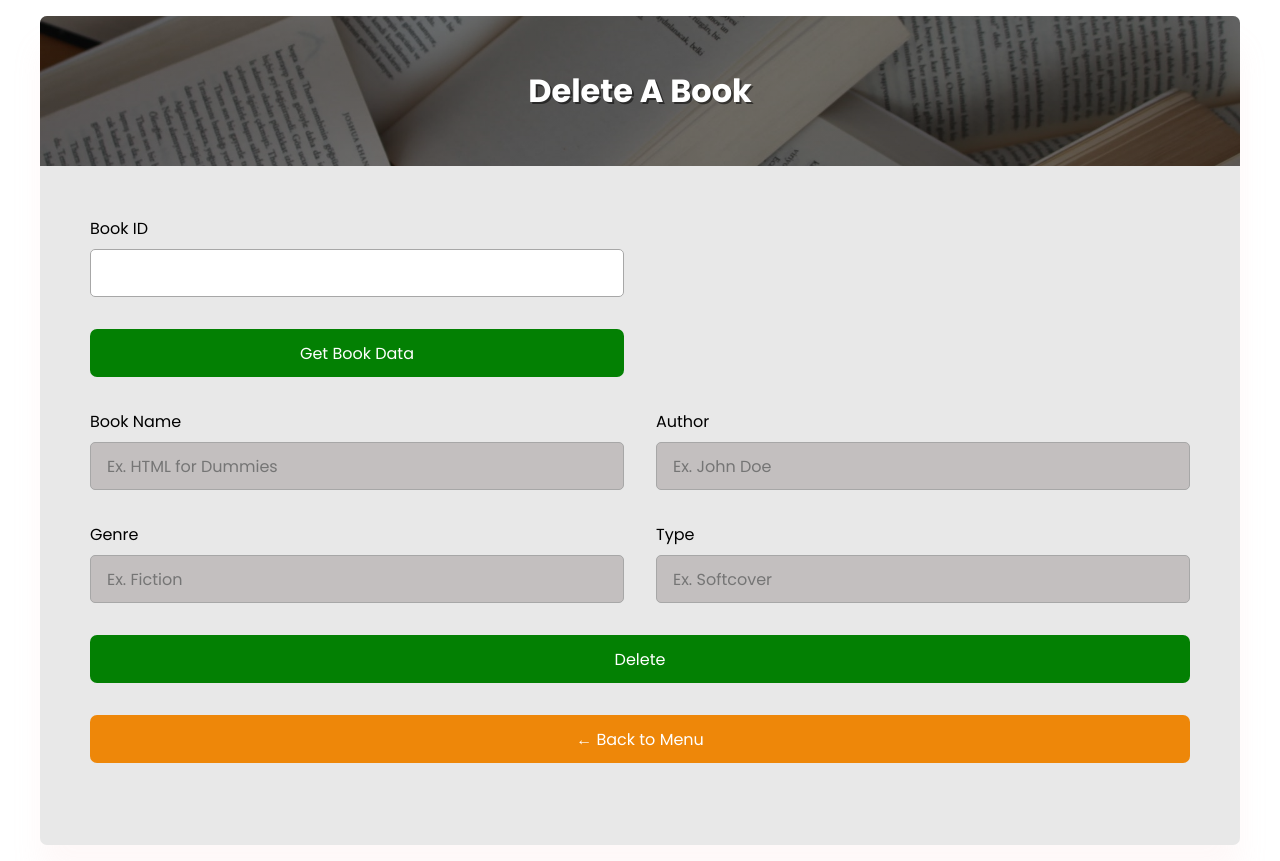
Repository: kcvijay/node_advanced_books
Page: booksSPA/public/pages/deleteBook.html
These files come from the project's save history. The page is drawn as it stood at one moment and after the next save; the edit follows.
The browser window is 1280 px wide. The pictures show the whole page.

Above is the page before, as saved 2023-03-08 18:46:10.

### booksSPA/public/pages/deleteBook.html
<!DOCTYPE html>
<html lang="en">
  <head>
    <meta charset="UTF-8" />
    <meta http-equiv="X-UA-Compatible" content="IE=edge" />
    <meta name="viewport" content="width=device-width, initial-scale=1.0" />
    <title>Delete A Book</title>
    <link rel="stylesheet" href="../styles/styles.css" />
  </head>
  <body>
    <div class="main-wrapper">
      <div class="heading">
        <h1>Delete A Book</h1>
      </div>
      <div class="data-field">
        <form>
          <div>
            <label for="id">Book ID</label>
            <input type="text" id="id" name="id" />
          </div>
          <div></div>
          <button type="submit" id="getData" class="primary-btn">
            Get Book Data
          </button>
        </form>
        <form style="margin-top: 32px">
          <div>
            <label for="name">Book Name</label>
            <input
              type="text"
              id="name"
              name="name"
              placeholder="Ex. HTML for Dummies"
              autocomplete="off"
              disabled
            />
          </div>
          <div>
            <label for="author">Author</label>
            <input
              type="text"
              id="author"
              name="author"
              placeholder="Ex. John Doe"
              autocomplete="off"
              disabled
            />
          </div>
          <div>
            <label for="genre">Genre</label>
            <input
              type="text"
              id="genre"
              name="genre"
              placeholder="Ex. Fiction"
              autocomplete="off"
              disabled
            />
          </div>
          <div>
            <label for="type">Type</label>
            <input
              type="text"
              id="type"
              name="type"
              placeholder="Ex. Softcover"
              autocomplete="off"
              disabled
            />
          </div>
        </form>
        <div id="messagearea"></div>
        <div>
          <button
            class="primary-btn"
            type="submit"
            id="submit"
            style="margin-top: 32px"
          >
            Delete
          </button>
        </div>
        <div>
          <a href="/" class="secondary-btn">&larr;&nbsp;Back to Menu</a>
        </div>
      </div>
    </div>
    <script src="/js/deleteBookHandler.js"></script>
  </body>
</html>

### booksSPA/public/styles/styles.css
@import url("https://fonts.googleapis.com/css2?family=Poppins:wght@400;700&display=swap");

* {
  margin: 0;
  padding: 0;
  box-sizing: border-box;
}

body {
  max-width: 100vw;
  min-height: 100vh;
  font-family: "Poppins", sans-serif;
}

.main-wrapper {
  max-width: 1200px;
  background: #e8e8e8;
  margin: 16px auto;
  border-radius: 7px;
  box-shadow: 0 30px 30px rgba(241, 182, 182, 0.1);
  overflow: hidden;
  transition: all 0.3s ease;
}

.heading {
  background: linear-gradient(rgba(0, 0, 0, 0.4), rgba(0, 0, 0, 0.4)),
    url("../assets/books.jpeg");
  background-position: center;
  background-size: cover;
  background-repeat: no-repeat;
  height: 150px;
  display: flex;
  justify-content: center;
  align-items: center;
}

h1 {
  position: relative;
  color: #fff;
  text-shadow: 2px 2px rgba(0, 0, 0, 0.5);
}

.data-field {
  padding: 50px;
}

input,
textarea,
button {
  font-family: inherit;
  font-size: 16px;
}

input:disabled {
  background-color: #c3bfbf;
  cursor: no-drop;
}
input:disabled:focus {
  outline: none;
}

form {
  display: grid;
  grid-template-columns: 1fr 1fr;
  gap: 32px;
  justify-items: start;
  transition: all 0.3s ease-in-out;
}

form div {
  width: 100%;
}

form label {
  display: inline-block;
  width: 100px;
  margin-bottom: 8px;
}

form input {
  height: 48px;
  width: 100%;
  padding: 0 16px;
  border: 1px solid #a7a7a7;
  border-radius: 5px;
  transition: all 0.3s ease;
}

form input:focus {
  outline: 3px solid #ee870978;
  border: none;
}

.button-set {
  display: grid;
  grid-template-columns: 1fr 1fr;
  gap: 32px;
}

.button-set div .primary-btn {
  display: block;
  width: 100%;
  text-decoration: none;
  display: flex;
  justify-content: center;
  align-items: center;
}

button:hover,
button:active {
  filter: brightness(0.9);
}

.button-set {
  margin-top: 32px;
}

.primary-btn {
  display: flex;
  justify-content: center;
  align-items: center;
  width: 100%;
  height: 48px;
  background-color: #038003;
  text-decoration: none;
  padding: 8px 60px;
  color: #fff;
  border: none;
  border-radius: 7px;
  cursor: pointer;
  transition: all 0.3s ease;
}

.secondary-btn {
  display: flex;
  justify-content: center;
  align-items: center;
  height: 48px;
  margin: 32px 0;
  background-color: #ee8709;
  text-decoration: none;
  padding: 8px 60px;
  color: #fff;
  border: none;
  border-radius: 7px;
  cursor: pointer;
  transition: all 0.3s ease;
}

#messagearea {
  position: absolute;
  left: 0;
  top: 0;
  width: 100vw;
  height: 100vh;
  background-color: rgba(0, 0, 0, 0.7);
  display: none;
  justify-content: center;
  align-items: center;
  z-index: 999;
}

#messagearea p {
  background-color: #fff;
  padding: 32px;
}

/**** TABLE ****/

.table-field {
  overflow-x: auto;
}

table {
  margin: 0 auto;
  max-width: fit-content;
}
thead {
  background: #038003;
  color: #fff;
}
th,
td {
  width: 250px;
  height: 48px;
  padding: 16px;
}

tr:nth-child(odd) {
  background: #ee870945;
}

tr:nth-child(even) {
  background: #ee87095e;
}

tr:last-child td:first-child {
  border-radius: 0 0 0 7px;
}

tr:last-child td:last-child {
  border-radius: 0 0 7px 0;
}

th:not(:first-child) {
  text-align: left;
}

th:first-child {
  border-radius: 7px 0 0 0;
}

th:last-child {
  text-align: center;
  border-radius: 0 7px 0 0;
}

td {
  padding-left: 16px;
}

td:first-child,
td:last-child {
  text-align: center;
}

@media screen and (max-width: 700px) {
  .main-wrapper {
    margin: 0 16px;
  }
  form {
    grid-template-columns: 1fr;
  }

  .data-field {
    padding: 18px;
  }

  .table-field {
    overflow-x: auto;
  }

  table {
    font-size: 14px;
  }

  .button-set {
    grid-template-columns: 1fr;
  }

  .button-set div a {
    display: block;
    width: 100%;
  }
}

### booksSPA/public/js/deleteBookHandler.js
"use strict";

(function () {
  let inputField;
  let titleField;
  let authorField;
  let genreField;
  let typeField;
  let getDataField;
  let messageField;
  let submit;

  document.addEventListener("DOMContentLoaded", init);

  function init() {
    inputField = document.querySelector("#id");
    titleField = document.querySelector("#name");
    authorField = document.querySelector("#author");
    genreField = document.querySelector("#genre");
    typeField = document.querySelector("#type");
    getDataField = document.querySelector("#getData");
    messageField = document.querySelector("#messagearea");
    submit = document.querySelector("#submit");

    getDataField.addEventListener("submit", (e) => {
      e.preventDefault();
      confirmBookData();
    });

    async function confirmBookData() {
      const id = inputField.value;

      try {
        if (idField.value.trim().length > 0) {
          const data = await fetch(`http://localhost:4000/api/books/${id}`, {
            mode: "cors",
          });

          const result = data.json();
          console.log(result);

          showBookData(result);

          function showBookData(book) {
            titleField.value = book.name;
            authorField.value = book.author;
            genreField.value = book.genre;
            typeField.value = book.type;
          }
        }

        // if (result) {
        //   if (result.message) {
        //     updateMessage(result.message, result.type);
        //   } else {
        //     showBookData(result);
        //   }
        // }
      } catch (err) {
        updateMessage(err.message, "error");
      }
    }

    // async function send() {
    //   const id = inputField.value;

    //   try {
    //     const options = {
    //       method: "DELETE",
    //       mode: "cors",
    //     };

    //     const data = await fetch(
    //       `http://localhost:4000/api/books/${id}`,
    //       options
    //     );

    //     const result = await data.json();
    //     showBookData(result);

    //     console.log(result);

    //     //   if (result) {
    //     //     if (result.message) {
    //     //       updateMessage(result.message, result.type);
    //     //     } else {
    //     //       showBookData(result);
    //     //     }
    //     //   }
    //   } catch (err) {
    //     updateMessage(err.message, "error");
    //   }
    // }

    function updateMessage(message, type) {
      messageField.style.display = "flex";
      messageField.innerHTML = `<p class="error>${message}</p>`;
      messageField.setAttribute("class", type);
    }
  }
})();

After the next save:
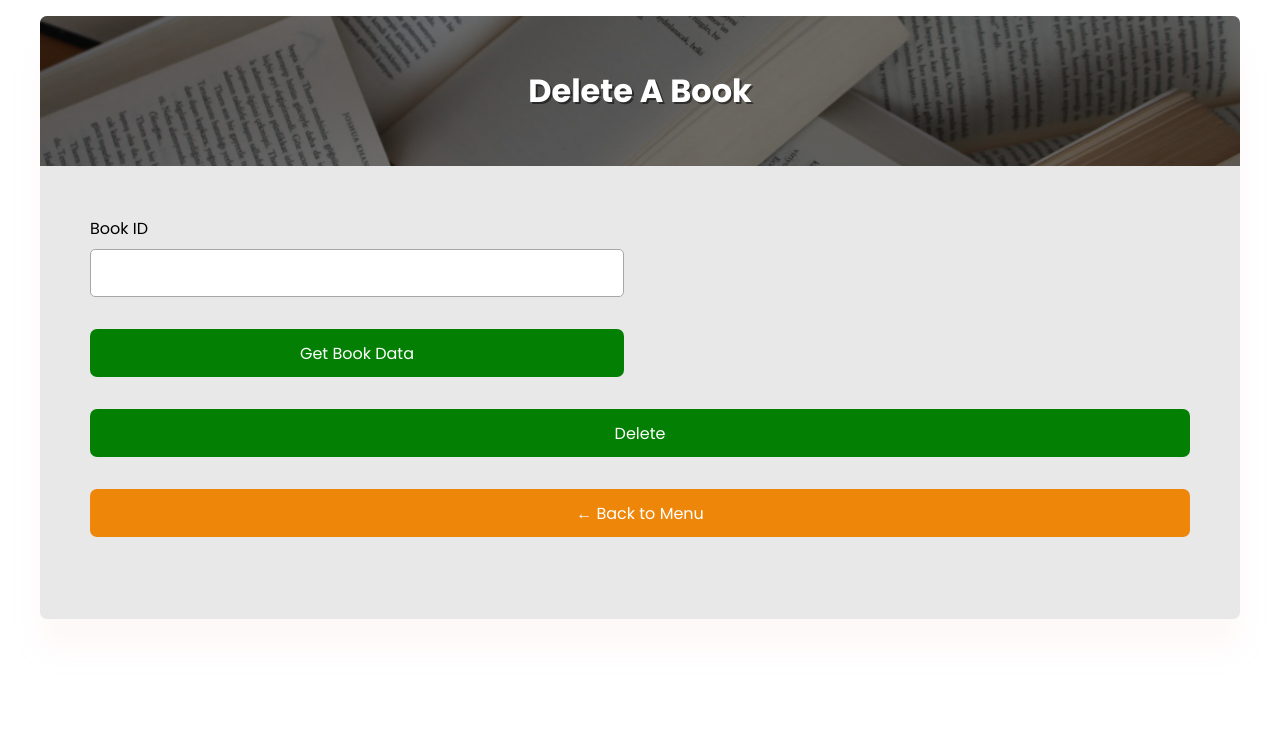
Saved 54 s later.
--- a/booksSPA/public/pages/deleteBook.html
+++ b/booksSPA/public/pages/deleteBook.html
@@ -23,7 +23,7 @@
             Get Book Data
           </button>
         </form>
-        <form style="margin-top: 32px">
+        <form style="margin-top: 32px; display: none">
           <div>
             <label for="name">Book Name</label>
             <input
